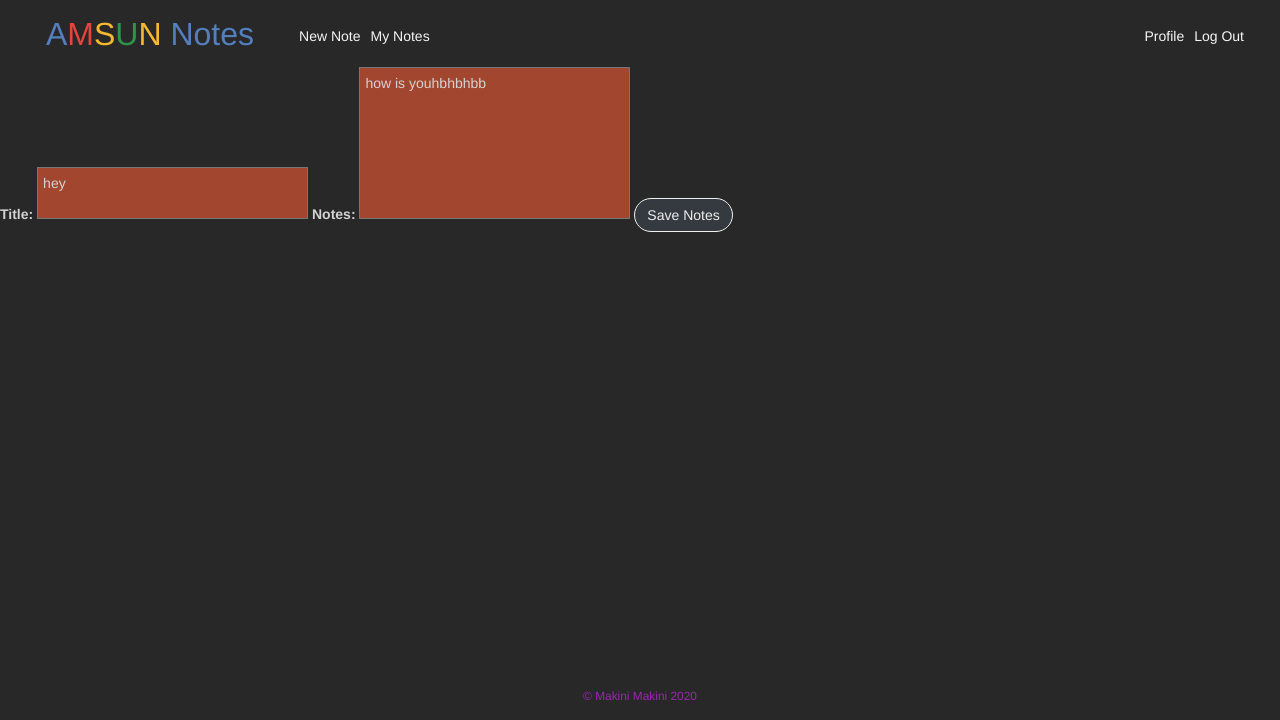
Repository: MakiniMakini/AMSUN-NOTES
Page: http://localhost/22/edit
The author's editor kept a copy of each file at every save. The page is drawn from the files as they stood at one save, then again after the next save.
The browser window is 1280 px wide. The pictures show the whole page.
Some web fonts or font styles are not loaded; a fallback is used. The page is served by the project's application, run on Flask 3 (application.py). The session is filled in as if someone had signed in: {"user_id": 1}. The page reads the database file committed with the project.

Above is the page before, as saved 2020-12-25 13:24:02.

### templates/edit.html
{% extends "layout.html" %}

{% block title %}
    Edit
{% endblock %}

{% block main %}


      <div class="notes_form">
            {% for item in notes %}

            <form action="/{{item[0]}}/edit" method="POST" class="notes_form">
             <label for="title">Title:</label>
             <textarea name="title" id="" cols="30" rows="2" placeholder="title" type="text" >{{item[1]}}</textarea>
             <label for="notes">Notes:</label>
             <textarea name="notes" cols="30" rows="7" placeholder="notes" type="text">{{item[2]}}</textarea>
              <button class="btn btn-primary bg-dark" type="submit">Save Notes</button>
            </form>

            {% endfor %}

      </div>




{% endblock %}

### templates/layout.html
<!DOCTYPE html>
<html lang="en">
    <head>
        <!-- Required meta tags -->
        <meta charset="utf-8">
        <meta name="viewport" content="width=device-width, initial-scale=1, shrink-to-fit=no">

        <!-- documentation at http://getbootstrap.com/docs/4.1/, alternative themes at https://bootswatch.com/ -->
        <link href="https://maxcdn.bootstrapcdn.com/bootstrap/4.1.3/css/bootstrap.min.css" rel="stylesheet">

        <!-- https://favicon.io/emoji-favicons/money-mouth-face/ -->
        <link href="/static/favicon.ico" rel="icon">

        <link href="/static/styles.css" rel="stylesheet">
        <link rel="stylesheet" href="/static/bootstrap.min.css" />
        <link rel="stylesheet" href="/static/animate.min.css" />
        <link rel="stylesheet" href="/static/ionicons.min.css" />
        <link rel="stylesheet" href="/static/styles2.css" />
        <link rel="stylesheet" href="/static/profile.css" />

        <script src="https://code.jquery.com/jquery-3.3.1.min.js"></script>
        <script src="https://cdnjs.cloudflare.com/ajax/libs/popper.js/1.14.3/umd/popper.min.js"></script>
        <script src="https://maxcdn.bootstrapcdn.com/bootstrap/4.1.3/js/bootstrap.min.js"></script>

        <title>AMSUN Notes: {% block title %}{% endblock %}</title>
    </head>

    <body>

        <nav class="navbar navbar-expand-md navbar-light bg-none pl-5 pr-5 m-0 fixed-top">
            <a class="navbar-brand" href="/"><span class="blue">A</span><span class="red">M</span><span class="yellow">S</span><span class="green">U</span><span class="yellow">N</span> <span class="blue">Notes</span></a>
            <button aria-controls="navbar" aria-expanded="false" aria-label="Toggle navigation" class="navbar-toggler bg-light" data-target="#navbar" data-toggle="collapse" type="button">
                <span class="navbar-toggler-icon"></span>
            </button>
            <div class="collapse navbar-collapse" id="navbar" >
                {% if session.user_id %}
                    <ul class="navbar-nav mr-auto mt-2">
                        <li class="nav-item"><a class="nav-link" href="/home">New Note</a></li>
                        <li class="nav-item"><a class="nav-link" href="/my_notes">My Notes</a></li>
                    </ul>
                    <ul class="navbar-nav ml-auto mt-2 navbar-right">
                        <li class="nav-item"><a class="nav-link" href="/profile">Profile</a></li>
                        <li class="nav-item"><a class="nav-link" href="/logout">Log Out</a></li>
                    </ul>
                {% else %}
                    <ul class="navbar-nav ml-auto mt-2 navbar-right">
                        <li class="nav-item"><a class="nav-link" href="/register">Register</a></li>
                        <li class="nav-item"><a class="nav-link" href="/login">Log In</a></li>
                    </ul>
                {% endif %}
            </div>
        </nav>

        {% if get_flashed_messages() %}
            <header>
                <div class="alert alert-primary border text-center" role="alert">
                    {{ get_flashed_messages() | join(" ") }}
                </div>
            </header>
        {% endif %}

        <main class="container p-0">

        </main>
        {% block main %}{% endblock %}

        <footer class="small text-center text-muted fixed-bottom bg-none">
             <a href="https://makini-makini.herokuapp.com">© Makini Makini 2020</a>
        </footer>

    </body>
</html>

### application.py
import os

import sqlite3
from flask import Flask, flash, jsonify, redirect, render_template, request, session
from flask_session import Session
from tempfile import mkdtemp
from werkzeug.exceptions import default_exceptions, HTTPException, InternalServerError
from werkzeug.security import check_password_hash, generate_password_hash

from helpers import apology, login_required


# Configure application
app = Flask(__name__)

# Ensure templates are auto-reloaded
app.config["TEMPLATES_AUTO_RELOAD"] = True

# Ensure responses aren't cached
@app.after_request
def after_request(response):
    response.headers["Cache-Control"] = "no-cache, no-store, must-revalidate"
    response.headers["Expires"] = 0
    response.headers["Pragma"] = "no-cache"
    return response


# Configure session to use filesystem (instead of signed cookies)
app.config["SESSION_FILE_DIR"] = mkdtemp()
app.config["SESSION_PERMANENT"] = False
app.config["SESSION_TYPE"] = "filesystem"
Session(app)

# connecting to the database
connection = sqlite3.connect("amsun_notes.db", check_same_thread=False)

# cursor
db = connection.cursor()

# >>>>>>>>>>>>>>>>>>>>>>>>>>>>>>>ROUTES<<<<<<<<<<<<<<<<<<

# ///////////////INDEX\\\\\\\\\\\\\\\\\\
@app.route("/")
def home_page():
    return render_template("home.html")

# ////////////////WRITE NOTES\\\\\\\\\\\\\
@app.route("/home")
@login_required
def index():
    return render_template("index.html")

# //////PROFILE\\\\\\\\
@app.route("/profile")
@login_required
def profile():
    return render_template("profile.html")

# /////////////MY NOTES\\\\\\\\\\
@app.route("/my_notes")
@login_required
def my_notes():

    # logged user
    user_id = session['user_id']

    db.execute("SELECT note_id, title, notes FROM notes WHERE user_id=:user_id", {'user_id':user_id})
    notes = db.fetchall()

    # Ensure user has notes
    if not notes:
        return render_template("index.html", message = "You Do Not Have Any Stock")

    return render_template("my_notes.html", notes=notes)

# ///////////////ALLOW USER TO EDIT THEIR NOTES\\\\\\\\\\\\\\\\\\\
@app.route("/<note_id>/edit", methods=["GET", "POST"])
@login_required
def edit(note_id):

     # logged user
    user_id = session['user_id']

    if request.method == "GET":
        # query database for notes
        db.execute("SELECT note_id, title, notes FROM notes WHERE user_id=:user_id AND note_id=:note_id", {'user_id':user_id, 'note_id':note_id})
        notes = db.fetchall()
        # populate text-area with existing notes
        return render_template("edit.html", notes=notes)

    if request.method == "POST":
        # get title
        title = request.form.get("title")
        #get notes
        notes = request.form.get("notes")

        # ensure the fields are not blank
        if not request.form.get("notes"):
            return apology('must write something', 403)
        else:
            # update notes
            db.execute("UPDATE notes SET title =:title, notes =:notes WHERE note_id=:note_id", {'user_id':user_id, 'note_id':note_id, 'title':title, 'notes':notes})
            # save to data base
            connection.commit()
            # redirect user to their notes
            return redirect("/my_notes")


@app.route("/<note_id>/delete")
@login_required
def delete(note_id):

    print(note_id)

    db.execute("DELETE FROM notes WHERE note_id=:note_id", {'note_id':note_id})
    connection.commit()

    return redirect("/my_notes")

# >>>>>>>>>>>>>REGISTER USER<<<<<<<<<<<<<<<<<<<<<<<<<<<<<<<<<<<
@app.route("/register", methods=["GET", "POST"])
def register():
    """Register user"""

    # if 'GET' render Reg. form
    if request.method == "GET":
        return render_template("register.html")

    if request.method == "POST":

        username = request.form.get("username")
        # Ensure username is submitted
        if not request.form.get("username"):
             return apology("must provide username", 403)

        # Ensure password was submitted
        elif not request.form.get("password") and not request.form.get("confirmation"):
            return apology("must provide password and confirmation", 403)
        else:
            # query db
            db.execute("SELECT * FROM users WHERE username = :username",
                            {'username' : username})
            rows = db.fetchall()

            # check if user exists
            if len(rows) == 1:
                return apology("username already exists", 403)
            else:
                username = request.form.get("username")

            # password
            if request.form.get("password") == request.form.get("confirmation"):
                # hash password
                pwhash = generate_password_hash(request.form.get("password"), method='plain')
            else:
                return apology("passwords do not match", 403)

            # update db
            db.execute("INSERT INTO users (username, hash) VALUES (:username, :pwhash)", {'username':username, 'pwhash':pwhash})

            # To save the changes in the files. Never skip this.
            # If we skip this, nothing will be saved in the database.
            connection.commit()

            # # close the connection
            # connection.close()
            return redirect("/")


# >>>>>>>>>>>>>>>>>>>>>>LOGIN<<<<<<<<<<<<<<<<<<<<<<


@app.route("/login", methods=["GET", "POST"])
def login():
    """Log user in"""

    # Forget any user_id
    session.clear()

    # User reached route via POST (as by submitting a form via POST)
    if request.method == "POST":

        # Ensure username was submitted
        if not request.form.get("username"):
            return apology("must provide username", 403)

        # Ensure password was submitted
        elif not request.form.get("password"):
            return apology("must provide password", 403)

        # Query database for username
        db.execute("SELECT * FROM users WHERE username = :username",
                          {'username':request.form.get("username")})

        rows = db.fetchall()

        print(rows)
        # Ensure username exists and password is correct
        if len(rows) != 1 or not check_password_hash(rows[0][2], request.form.get("password")):
            return apology("invalid username and/or password", 403)

    # Remember which user has logged in
        session["user_id"] = rows[0][0]

        # Redirect user to home page
        return redirect("/")

    # User reached route via GET (as by clicking a link or via redirect)
    else:
        return render_template("login.html")

#>>>>>>>>>>>>>>>>>>>>>>>>>>>LOGOUT<<<<<<<<<<<<<<<<<<<<<<<<

@app.route("/logout")
def logout():
    """Log user out"""

    # Forget any user_id
    session.clear()

    # Redirect user to login form
    return redirect("/")


# >>>>>>>>>>>>>>>>>>>SAVE NOTES <<<<<<<<<<<<<<<<<<<<<<<<<
@app.route("/notes", methods=["GET", "POST"])
@login_required
def save():
    #save notes to database

    # logged user
    user_id = session['user_id']

    if request.method == "POST":

        # get the title
        title = request.form.get("title")

        #get notes
        notes = request.form.get("notes")

        # ensure the fields are not blank
        if not request.form.get("notes"):
            return apology('must write something', 403)
        else:
            db.execute("INSERT INTO notes (user_id, title, notes) VALUES (:user_id, :title, :notes)", {'user_id':user_id, 'title':title, 'notes':notes})

            # save to data base
            connection.commit()
            return render_template("index.html")

### helpers.py
import os
import requests
import urllib.parse

from flask import redirect, render_template, request, session
from functools import wraps

def apology(message, code=400):
    """Render message as an apology to user."""
    def escape(s):
        """
        Escape special characters.

        https://github.com/jacebrowning/memegen#special-characters
        """
        for old, new in [("-", "--"), (" ", "-"), ("_", "__"), ("?", "~q"),
                         ("%", "~p"), ("#", "~h"), ("/", "~s"), ("\"", "''")]:
            s = s.replace(old, new)
        return s
    return render_template("apology.html", top=code, bottom=escape(message)), code


def login_required(f):
    """
    Decorate routes to require login.

    http://flask.pocoo.org/docs/1.0/patterns/viewdecorators/
    """
    @wraps(f)
    def decorated_function(*args, **kwargs):
        if session.get("user_id") is None:
            return redirect("/login")
        return f(*args, **kwargs)
    return decorated_function

### static/styles.css
nav .navbar-brand {
	/* size for brand */
	font-size: xx-large;
}

/* colors for brand */
nav .navbar-brand .blue {
	color: #537fbe;
}
nav .navbar-brand .red {
	color: #ea433b;
}
nav .navbar-brand .yellow {
	color: #f5b82e;
}
nav .navbar-brand .green {
	color: #2e944b;
}

.navbar .nav-link {
	color: whitesmoke !important;
}

main .form-control {
	/* center form controls */
	display: inline-block;

	/* override Bootstrap's 100% width for form controls */
	width: auto;
}

main {
	/* scroll horizontally as needed */
	overflow-x: auto;

	/* center contents */
	text-align: center;
}

main img {
	/* constrain images on small screens */
	max-width: 100%;
}

/* Style the image inside the centered container, if needed */
.centered img {
	width: 150px;
	border-radius: 50%;
}

textarea {
	font-family: monospace;
}

.section_name {
	text-align: center;
	padding: 0;
}

.form-form {
	text-align: center;
	padding-top: 10vh;
}
.btn:focus {
	outline: none !important;
}

.form-control-email {
	text-align: left;
	display: block;
	width: 50%;
	height: 35px;
	padding: 6px 12px;
	font-size: 14px;
	line-height: 1.5;
	color: #eee;
	background-color: #36333d;
	background-image: none;
	border: 1px solid #36333d;
	border-radius: 4px;
	box-shadow: inset 0 1px 1px rgba(0, 0, 0, 0.075);
	transition: border-color ease-in-out .15s, box-shadow ease-in-out .15s;
}
.form-control-email:focus {
	outline: none;
}

.iframe-container {
	position: relative;
	overflow: hidden;
	width: 100%;
	padding-top: 56.25%; /* 16:9 Aspect Ratio (divide 9 by 16 = 0.5625) */
}

.responsive-iframe {
	position: absolute;
	top: 0;
	left: 0;
	bottom: 0;
	right: 0;
	width: 100%;
	height: 100%;
}

.my_notes {
	margin: auto;
	align-content: center;
	padding-top: 5vh;
}

.my_notes .card {
	align-content: center;
	margin: auto;
}

textarea {
	background-color: #a3462f;
	padding: 5px;
	columns: red;
}

textarea:focus {
	background-color: #2f2d33;
	outline: none;
}

.notes_form {
	margin: auto;
	align-items: center;
	align-content: center;
}

### static/profile.css
/* Profile container */
.profile {
	margin: 20px 0;
}

/* Profile sidebar */
.profile-sidebar {
	padding: 20px 0 10px 0;
	background: #fff;
}

.profile-userpic img {
	float: none;
	margin: 0 auto;
	width: 50%;
	height: 50%;
	-webkit-border-radius: 50% !important;
	-moz-border-radius: 50% !important;
	border-radius: 50% !important;
}

.profile-usertitle {
	text-align: center;
	margin-top: 20px;
}

.profile-usertitle-name {
	color: #5a7391;
	font-size: 16px;
	font-weight: 600;
	margin-bottom: 7px;
}

.profile-usertitle-job {
	text-transform: uppercase;
	color: #5b9bd1;
	font-size: 12px;
	font-weight: 600;
	margin-bottom: 15px;
}

.profile-userbuttons {
	text-align: center;
	margin-top: 10px;
}

.profile-userbuttons .btn {
	text-transform: uppercase;
	font-size: 11px;
	font-weight: 600;
	padding: 6px 15px;
	margin-right: 5px;
}

.profile-userbuttons .btn:last-child {
	margin-right: 0px;
}

.profile-usermenu {
	margin-top: 30px;
}

.profile-usermenu ul li {
	border-bottom: 1px solid #f0f4f7;
}

.profile-usermenu ul li:last-child {
	border-bottom: none;
}

.profile-usermenu ul li a {
	color: #93a3b5;
	font-size: 14px;
	font-weight: 400;
}

.profile-usermenu ul li a i {
	margin-right: 8px;
	font-size: 14px;
}

.profile-usermenu ul li a:hover {
	background-color: #fafcfd;
	color: #5b9bd1;
}

.profile-usermenu ul li.active {
	border-bottom: none;
}

.profile-usermenu ul li.active a {
	color: #5b9bd1;
	background-color: #f6f9fb;
	border-left: 2px solid #5b9bd1;
	margin-left: -2px;
}

/* Profile Content */
.profile-content {
	padding: 20px;
	background: #fff;
	min-height: 460px;
}

### amsun_notes.db (the tables this page reads, as SQL)
CREATE TABLE 'notes' (
    'note_id' INTEGER PRIMARY KEY AUTOINCREMENT NOT NULL,
    'user_id' INTEGER NOT NULL, 
    'title' TEXT NOT NULL, 
    'notes' TEXT NOT NULL,
    FOREIGN KEY(user_id) REFERENCES users(id)
    );
INSERT INTO "notes" VALUES
(11, 2, 'sasa', 'sdsdsdsd'),
(18, 3, 'I am here', 'I am here to see here'),
(19, 3, 'Bike Kali', 'Reading about people'),
(21, 4, 'trip to msa', 'niliona mzungu yaaaayyyy'),
(22, 1, 'hey', 'how is youhbhbhbb'),
(26, 1, 'NOTE WITH STEPH', 'Steph is an amazing soul whom I love! ');

Loaded but not shown: static/bootstrap.min.css (library); static/animate.min.css (library); static/ionicons.min.css (library); static/styles2.css (530 lines, source omitted)

After the next save:
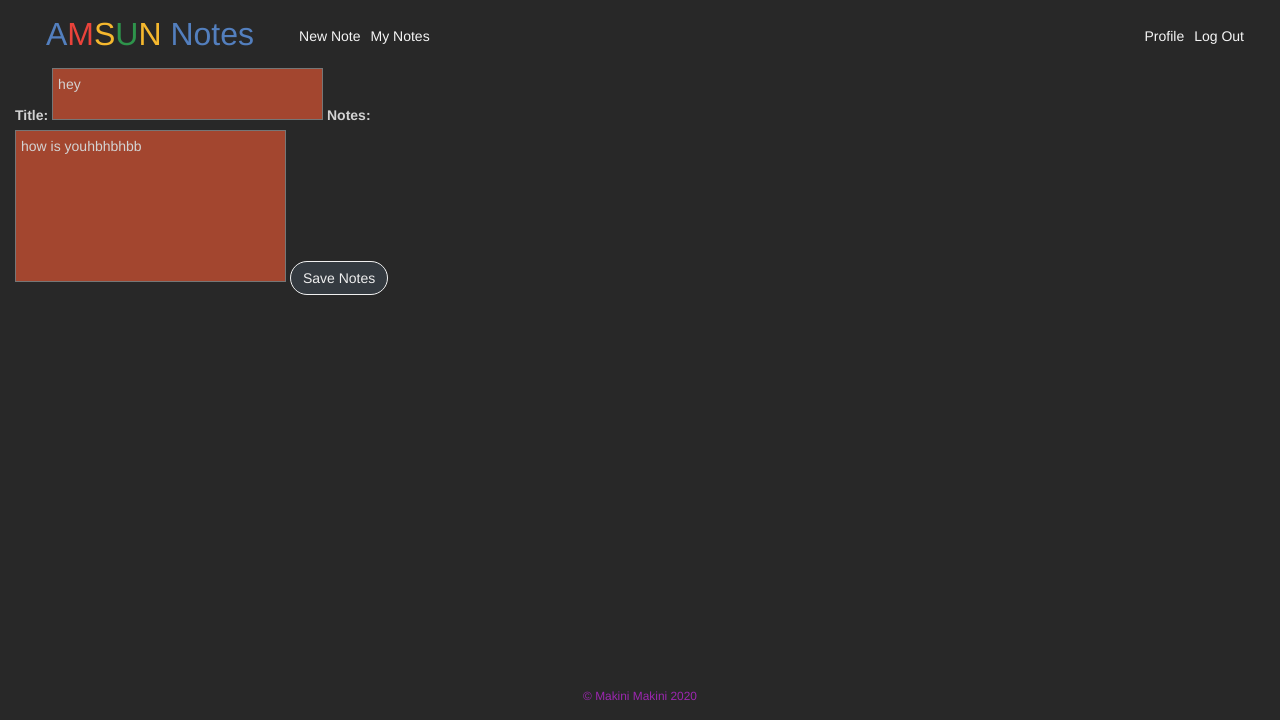
Saved 33 s later.
--- a/templates/edit.html
+++ b/templates/edit.html
@@ -6,21 +6,24 @@
 
 {% block main %}
 
+<div class="col-3"></div>
+<div class="col-6">
+  <div class="notes_form">
+    {% for item in notes %}
 
-      <div class="notes_form">
-            {% for item in notes %}
+    <form action="/{{item[0]}}/edit" method="POST" class="notes_form">
+     <label for="title">Title:</label>
+     <textarea name="title" id="" cols="30" rows="2" placeholder="title" type="text" >{{item[1]}}</textarea>
+     <label for="notes">Notes:</label>
+     <textarea name="notes" cols="30" rows="7" placeholder="notes" type="text">{{item[2]}}</textarea>
+      <button class="btn btn-primary bg-dark" type="submit">Save Notes</button>
+    </form>
 
-            <form action="/{{item[0]}}/edit" method="POST" class="notes_form">
-             <label for="title">Title:</label>
-             <textarea name="title" id="" cols="30" rows="2" placeholder="title" type="text" >{{item[1]}}</textarea>
-             <label for="notes">Notes:</label>
-             <textarea name="notes" cols="30" rows="7" placeholder="notes" type="text">{{item[2]}}</textarea>
-              <button class="btn btn-primary bg-dark" type="submit">Save Notes</button>
-            </form>
+    {% endfor %}
 
-            {% endfor %}
-
-      </div>
+</div>
+</div>
+<div class="col-3"></div>
 
 
 
